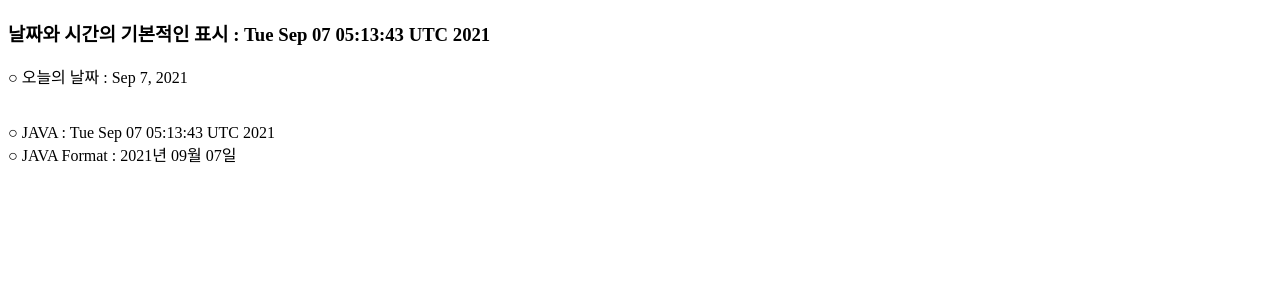
Repository: youngmoon525/Jsp_Servlet
Page: http://localhost/03.JSP/jsp38.jsp
An editor plug-in stored every save of this project. The page is shown before and after the next save, followed by the edit.
The browser window is 1280 px wide. The pictures show the whole page.
The page is served by Tomcat 9. Other server files are loaded and not shown.

Above is the page before, as saved 2021-09-09 03:32:18.

### workspace/03.JSP/WebContent/jsp38.jsp
<%@page import="java.text.SimpleDateFormat"%>
<%@page import="java.util.Date"%>
<%@ page language="java" contentType="text/html; charset=UTF-8" pageEncoding="UTF-8"%>
<%@ taglib prefix="c" uri="http://java.sun.com/jsp/jstl/core" %>
<%@ taglib prefix="fmt" uri="http://java.sun.com/jsp/jstl/fmt" %>
<!DOCTYPE html>
<html>
<head>
<meta charset="UTF-8">
<title>JSP38</title>
</head>
<body>
<c:set var="date" value="<%=new Date() %>"/>
<h3>날짜와 시간의 기본적인 표시 : ${date}</h3>
○ 오늘의 날짜 : <fmt:formatDate value="${date}" type="date"/><br/>



<br/><br/>
<%
Date now = new Date();
SimpleDateFormat sdf = new SimpleDateFormat("yyyy년 MM월 dd일");
%>
○ JAVA : <%=now %><br/>
○ JAVA Format : <%=sdf.format(now) %>
</body>
</html>

After the next save:
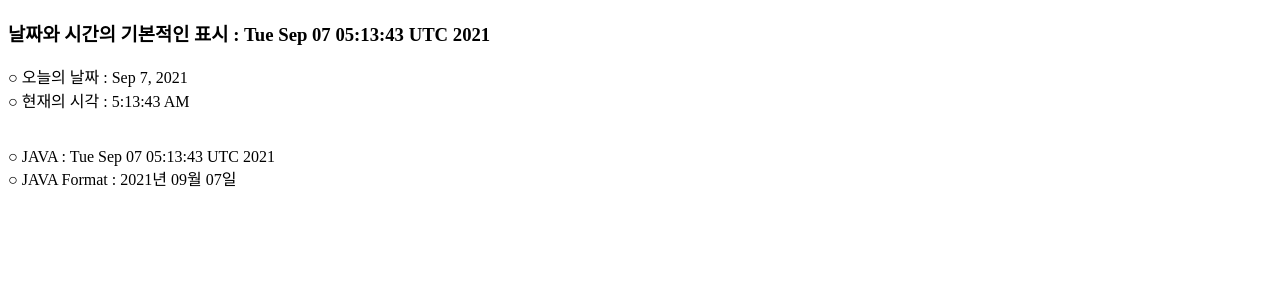
Saved 66 s later.
--- a/workspace/03.JSP/WebContent/jsp38.jsp
+++ b/workspace/03.JSP/WebContent/jsp38.jsp
@@ -13,6 +13,7 @@
 <c:set var="date" value="<%=new Date() %>"/>
 <h3>날짜와 시간의 기본적인 표시 : ${date}</h3>
 ○ 오늘의 날짜 : <fmt:formatDate value="${date}" type="date"/><br/>
+○ 현재의 시각 : <fmt:formatDate value="${date}" type="time"/><br/>
 
 
 
